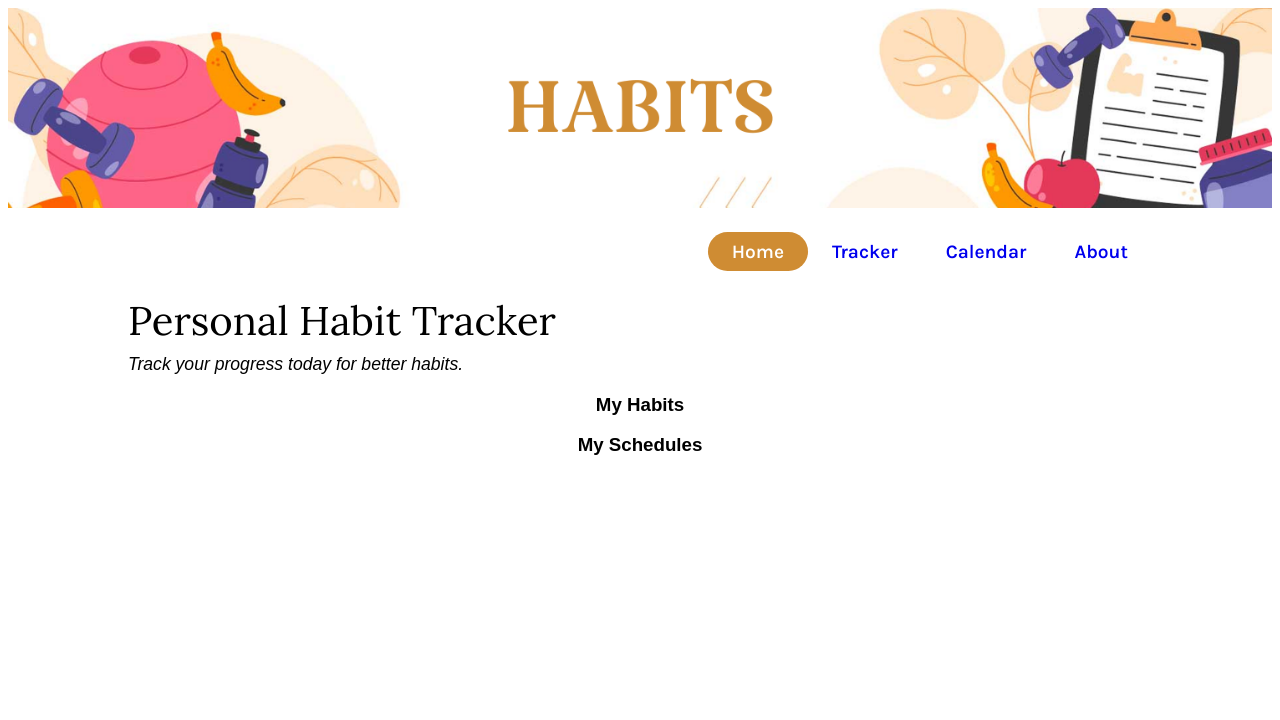
Repository: SandyLy453/habit-tracker
Page: http://localhost/
The author's editor kept a copy of each file at every save. The page is drawn from the files as they stood at one save, then again after the next save.
The browser window is 1280 px wide. The pictures show the whole page.
The page is served by the project's Node server (server.js).

Above is the page before, as saved 2025-03-14 19:12:13.

After the next save:
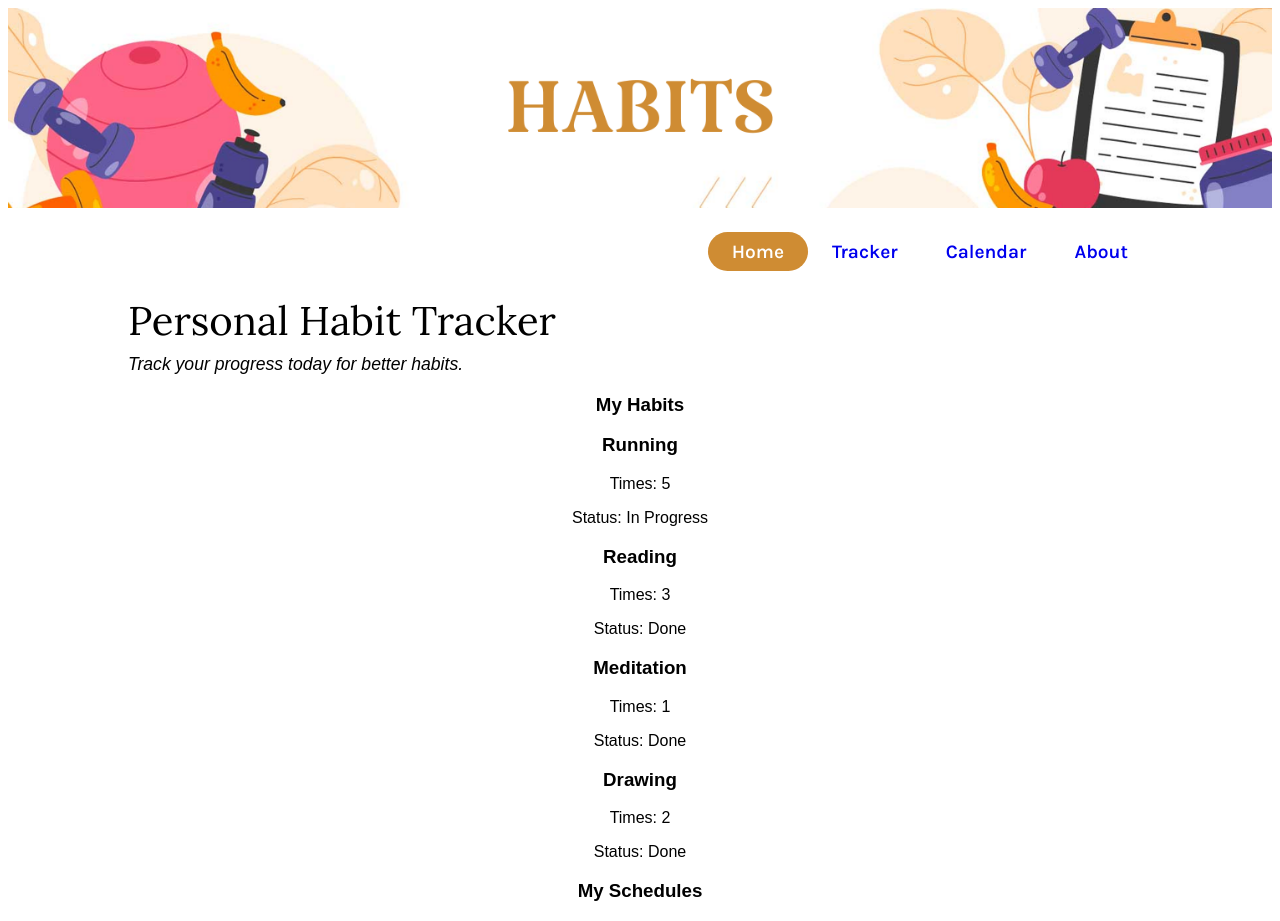
Saved 2 min 34 s later.
--- a/views/pages/home.ejs
+++ b/views/pages/home.ejs
@@ -24,8 +24,28 @@
     <section>
         <div>
             <h3>My Habits</h3>
-        </div>
-
+            <div class="card">
+                <div class="habit">
+                    <h3>Running</h3>
+                    <p>Times: 5</p>
+                    <p class="status in-progress">Status: In Progress</p>
+                </div>
+                <div class="habit">
+                    <h3>Reading</h3>
+                    <p>Times: 3</p>
+                    <p class="status done">Status: Done</p>
+                </div>
+                <div class="habit">
+                    <h3>Meditation</h3>
+                    <p>Times: 1</p>
+                    <p class="status done">Status: Done</p>
+                </div>
+                <div class="habit">
+                    <h3>Drawing</h3>
+                    <p>Times: 2</p>
+                    <p class="status done">Status: Done</p>
+                </div>
+            </div>
         <div>
             <h3>My Schedules</h3>
         </div>
